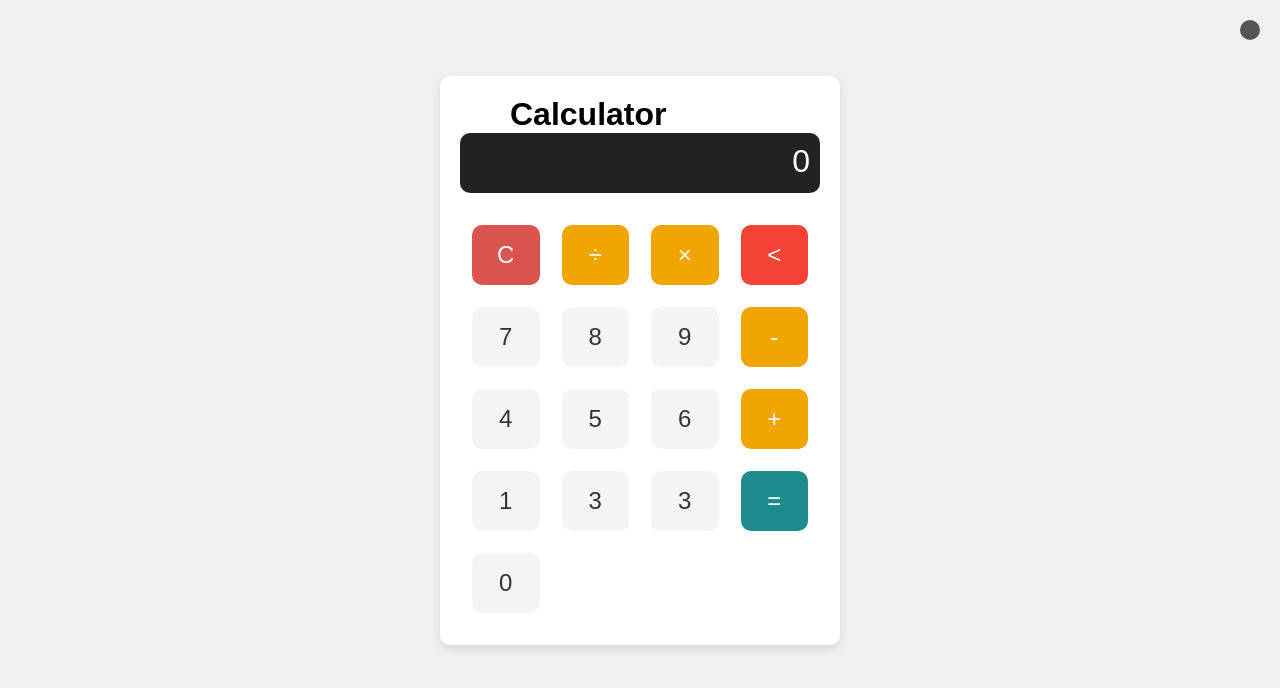
Repository: akhiranandan-04/Calculator
Page: index.html
The author's editor kept a copy of each file at every save. The page is drawn from the files as they stood at one save, then again after the next save.
The browser window is 1280 px wide. The pictures show the whole page.

Above is the page before, as saved 2024-10-09 17:16:52.

### index.html
<!DOCTYPE html>
<html lang="en">
<head>
    <meta charset="UTF-8">
    <meta name="viewport" content="width=device-width, initial-scale=1.0">
    <title>Calculator</title>
    <link rel="stylesheet" href="style.css">
</head>
<body>

    <div class="container">
        <div class="calculater dark">
            <h1>Calculator</h1>
            <div class="theme-toggler active">
                <i class="toggler-icon"></i>
            </div>
            <div class="display-screen">
                <div id="display"><h1>Calculator</h1></div>
            </div>
            <div class="buttons">
                <table>
                    <tr>
                        <td><button class="btn-operater" id="clear">C</button></td>
                        <td><button class="btn-operater" id="/">&divide;</button></td>
                        <td><button class="btn-operater" id="*">&times;</button></td>
                        <td><button class="btn-operater" id="backspace"><</button></td>
                    </tr>
                    <tr>
                        <td><button class="btn-num" id="7">7</button></td>
                        <td><button class="btn-num" id="8">8</button></td>
                        <td><button class="btn-num" id="9">9</button></td>
                        <td><button class="btn-operater" id="-">-</button></td>
                    </tr>
                    <tr>
                        <td><button class="btn-num" id="4">4</button></td>
                        <td><button class="btn-num" id="5">5</button></td>
                        <td><button class="btn-num" id="6">6</button></td>
                        <td><button class="btn-operater" id="+">+</button></td>
                    </tr>
                    <tr>
                        <td><button class="btn-num" id="1">1</button></td>
                        <td><button class="btn-num" id="2">3</button></td>
                        <td><button class="btn-num" id="3">3</button></td>
                        <td><button class="btn-equal" id="equal">=</button></td>
                    </tr>
                    <tr>
                        <td><button class="btn-num" id="0">0</button></td>

                    </tr>
                </table>
            </div>
        </div>
    </div>

    <script src="script.js"></script>

</body>
</html>

### style.css

* {
    margin: 0;
    padding: 0;
    box-sizing: border-box;
    background: linear-gradient(rgba(0,0,0,0.5) red);
}

body {
    font-family: Arial, sans-serif;
    display: flex;
    justify-content: center;
    align-items: center;
    height: 100vh;
    background-color: #f0f0f0;

}

.container {
    display: flex;
    justify-content: center;
    align-items: center;
}
h1{
    align-items: center;
    justify-content: center;
    margin-left: 50px;
}
.calculater {
    width: 400px;
    background-color: #fff;
    border-radius: 10px;
    box-shadow: 0 4px 10px rgba(0, 0, 0, 0.1);
    padding: 20px;
}


.display-screen {
    width: 100%;
    height: 60px;
    background-color: #222;
    color: white;
    border-radius: 10px;
    text-align: right;
    padding: 10px;
    font-size: 2em;
}

.buttons {
    margin-top: 20px;
}

table {
    width: 100%;
    table-layout: fixed;
}

td {
    width: 25%;
    padding: 10px;
}

button {
    width: 100%;
    height: 60px;
    font-size: 1.5em;
    border: none;
    outline: none;
    border-radius: 10px;
    cursor: pointer;
    transition: background-color 0.3s;
}


.btn-num {
    background-color: #f4f4f4;
    color: #333;
}

.btn-operater {
    background-color: #f0a500;
    color: white;
}

.btn-equal {
    background-color: #1f8b8e;
    color: white;
}

button:hover {
    opacity: 0.8;
}

#clear {
    background-color: #d9534f;
    color: white;
}

#backspace {
    background-color: #f44336;
    color: white;
}

/* Theme Toggler */
.theme-toggler {
    position: absolute;
    top: 20px;
    right: 20px;
    background-color: #222;
    color: white;
    padding: 10px;
    border-radius: 50%;
    cursor: pointer;
}

.theme-toggler.active {
    background-color: #555;
}

body.dark .calculater {
    background-color: #333;
}

body.dark .display-screen {
    background-color: #111;
}

body.dark button {
    background-color: #444;
    color: #fff;
}

body.dark #clear {
    background-color: #c9302c;
}

### script.js
const display = document.getElementById('display');
const clear = document.getElementById('clear');
const backspace = document.getElementById('backspace');
const equal = document.getElementById('equal');
const buttons = document.querySelectorAll('.btn-num, .btn-operater');

let currentInput = '';

function updateDisplay() {
    display.innerHTML = currentInput || '0';
}

buttons.forEach(button => {
    button.addEventListener('click', () => {
        const buttonText = button.innerText;

        if (button.classList.contains('btn-num') || button.classList.contains('btn-operater')) {
            currentInput += buttonText;
        }

        updateDisplay();
    });
});

backspace.addEventListener('click', () => {
    currentInput = currentInput.slice(0, -1);
    updateDisplay();
});

clear.addEventListener('click', () => {
    currentInput = '';
    updateDisplay();
});

equal.addEventListener('click', () => {
    try {
        currentInput = eval(currentInput).toString();
    } catch (e) {
        currentInput = 'Error';
    }
    updateDisplay();
});

updateDisplay();

const themeToggler = document.querySelector('.theme-toggler');

themeToggler.addEventListener('click', () => {
    document.body.classList.toggle('dark');
    themeToggler.classList.toggle('active');
});

After the next save:
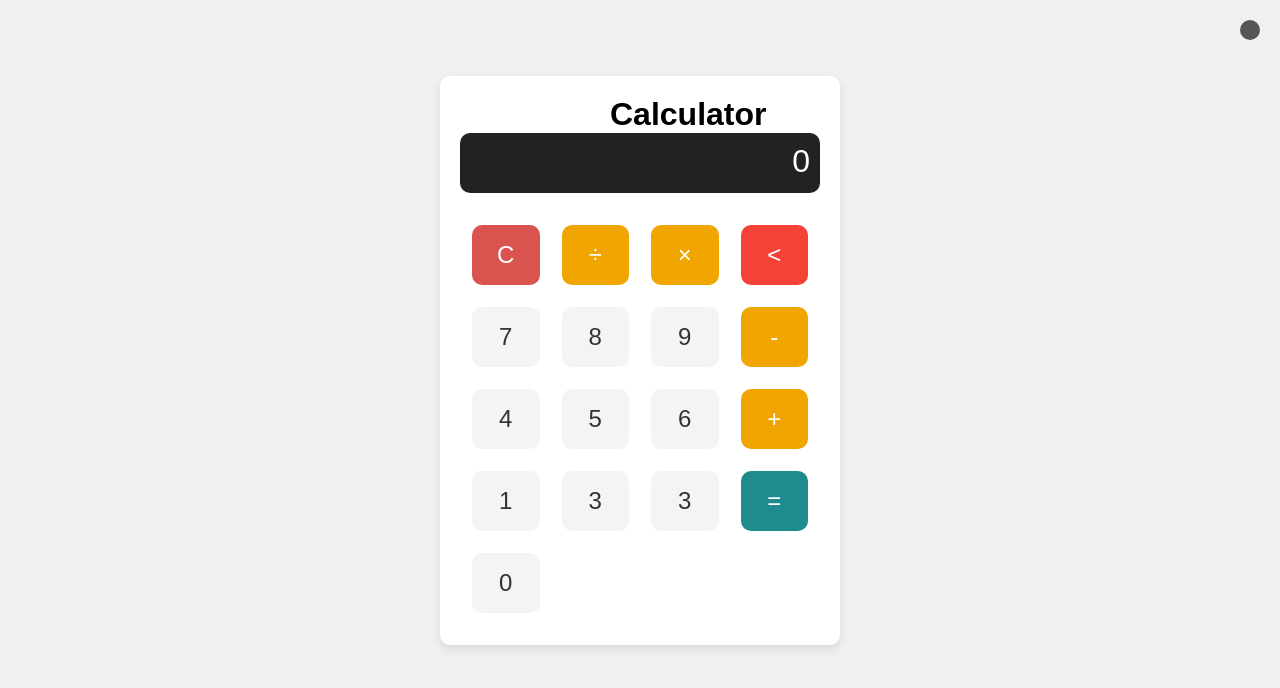
Saved 6 s later.
--- a/style.css
+++ b/style.css
@@ -24,7 +24,7 @@ body {
 h1{
     align-items: center;
     justify-content: center;
-    margin-left: 50px;
+    margin-left: 150px;
 }
 .calculater {
     width: 400px;
